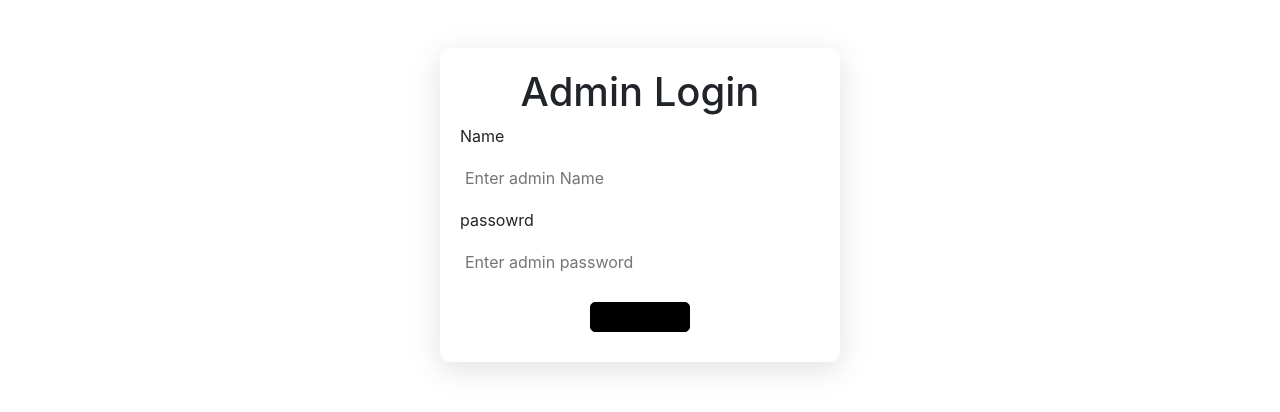
Repository: parthikjadav/parthik-react-practicle-exam
Page: /
These files come from the project's save history. The page is drawn as it stood at one moment and after a run of saves; the edit follows.
The browser window is 1280 px wide. The pictures show the whole page.
The project was rebuilt for these pictures with package versions that can differ from the ones it lists, and the page was loaded fresh each time. Requests to the local data server were answered from the project's data file. Also part of the build but not shown: src/App.css, src/componet/page/Reservationform.jsx, src/componet/page/Reservationlist.jsx, src/componet/header/navdata.js, src/componet/header/Navbar.jsx.

Above is the page before, as saved 2024-05-16 10:47:19.

### public/index.html
<!DOCTYPE html>
<html lang="en">
  <head>
    <meta charset="utf-8" />
    <link rel="icon" href="%PUBLIC_URL%/favicon.ico" />
    <meta name="viewport" content="width=device-width, initial-scale=1" />
    <meta name="theme-color" content="#000000" />
    <meta
      name="description"
      content="Web site created using create-react-app"
    />
    <link rel="apple-touch-icon" href="%PUBLIC_URL%/logo192.png" />
    <link href="https://cdn.jsdelivr.net/npm/bootstrap@5.0.2/dist/css/bootstrap.min.css" rel="stylesheet" integrity="sha384-EVSTQN3/azprG1Anm3QDgpJLIm9Nao0Yz1ztcQTwFspd3yD65VohhpuuCOmLASjC" crossorigin="anonymous">
    <!--
      manifest.json provides metadata used when your web app is installed on a
      user's mobile device or desktop. See https://developers.google.com/web/fundamentals/web-app-manifest/
    -->
    <link rel="manifest" href="%PUBLIC_URL%/manifest.json" />
    <script src="https://cdn.jsdelivr.net/npm/bootstrap@5.0.2/dist/js/bootstrap.bundle.min.js" integrity="sha384-MrcW6ZMFYlzcLA8Nl+NtUVF0sA7MsXsP1UyJoMp4YLEuNSfAP+JcXn/tWtIaxVXM" crossorigin="anonymous"></script>
    <!--
      Notice the use of %PUBLIC_URL% in the tags above.
      It will be replaced with the URL of the `public` folder during the build.
      Only files inside the `public` folder can be referenced from the HTML.

      Unlike "/favicon.ico" or "favicon.ico", "%PUBLIC_URL%/favicon.ico" will
      work correctly both with client-side routing and a non-root public URL.
      Learn how to configure a non-root public URL by running `npm run build`.
    -->
    <title>React App</title>
  </head>
  <body>
    <noscript>You need to enable JavaScript to run this app.</noscript>
    <div id="root"></div>
    <!--
      This HTML file is a template.
      If you open it directly in the browser, you will see an empty page.

      You can add webfonts, meta tags, or analytics to this file.
      The build step will place the bundled scripts into the <body> tag.

      To begin the development, run `npm start` or `yarn start`.
      To create a production bundle, use `npm run build` or `yarn build`.
    -->
  </body>
</html>

### src/index.js
import React from 'react';
import ReactDOM from 'react-dom/client';
import './index.css';
import App from './App';
import { BrowserRouter } from 'react-router-dom';
import { Provider } from 'react-redux';
import store from './componet/redux-saga/store';


const root = ReactDOM.createRoot(document.getElementById('root'));
root.render(
  <BrowserRouter>
    <React.StrictMode>
      <Provider store={store}>
      <App />
      </Provider>
    </React.StrictMode>
  </BrowserRouter>

);

### src/App.js
import { Route, Routes } from 'react-router-dom';
import './App.css';
import Adminlogin from './componet/page/Adminlogin';
import Reservationfrom from './componet/page/Reservationform';
import Reservationlist from './componet/page/Reservationlist';
import Navbar from './componet/header/Navbar';
import { useEffect } from 'react';
import { useDispatch } from 'react-redux';
import { GET_ROOM_PENDING } from './componet/redux-saga/room/action';
import { base_url, get_url } from './url';

const getRole = () => {
  const role = localStorage.getItem("role");
  return role;
};


function App() {

  const role = getRole();
  let dispatch = useDispatch();

  useEffect(() => {
    let url = base_url + get_url;
    dispatch({ type: GET_ROOM_PENDING, payload: url })
  })


  if (!role || role === "") {
    return (
      <Routes>
        <Route path="/" element={<Adminlogin />} />
      </Routes>
    );
  }

  if (role === "admin") {
    return (
      <>
        <Navbar />
        <Routes>
          <Route path="/reservation" element={<Reservationfrom />} />
          <Route path="/ReservationList" element={<Reservationlist />} />
        </Routes>
      </>
    );
  }



}

export default App;

### src/componet/redux-saga/store.js
import { applyMiddleware, createStore } from "redux";
import createSagaMiddleware from "redux-saga";
import { composeWithDevTools } from "@redux-devtools/extension";
import rootReducers from "./rootreducer";
import rootSaga from "./saga";



let sagaMiddleware = createSagaMiddleware();
const store = createStore(
    rootReducers,
    composeWithDevTools(applyMiddleware(sagaMiddleware))
);

sagaMiddleware.run(rootSaga)

export default store

### src/componet/page/Adminlogin.jsx
import React, { useRef } from 'react'
import "./AdminLogin.css"

const Adminlogin = () => {
    let name = useRef();
    let passowrd = useRef();

    const logindata = async () => {
        let data = {
            name: name.current.value,
            password: passowrd.current.value
        }
        console.log(data);
        if ("jignesh" == data.name && "3315" == data.password) {
            localStorage.setItem("role", "admin");
            window.location.href = "/reservation"
            console.log("login successfull");
            alert("login successfull")
        } else {
            alert("Error")
        }
    }
    return (
        <>
            <div class="mx-auto m-5 form" style={{ width: "400px" }}>
                <h1>Admin Login </h1>
                <label>Name  </label>
                <input type="text" placeholder='Enter admin Name' ref={name} />
                <label>passowrd </label>
                <input type="password" placeholder='Enter admin password' ref={passowrd} />
                <button onClick={logindata}>submit</button>
            </div>
        </>

    )
}

export default Adminlogin

### src/componet/redux-saga/room/action.js
//get action
export const GET_ROOM_PENDING = "GET_ROOM_PENDING";
export const GET_ROOM_SUCCESS = "GET_ROOM_SUCCESS";
export const GET_ROOM_ERROR = "GET_ROOM_ERROR";

//post action
export const POST_ROOM_PENDING = "POST_ROOM_PENDING";
export const POST_ROOM_SUCCESS = "POST_ROOM_SUCCESS";
export const POST_ROOM_ERROR = "POST_ROOM_ERROR";

//DELETE action
export const DELETE_ROOM_PENDING = "DELETE_ROOM_PENDING";
export const DELETE_ROOM_SUCCESS = "DELETE_ROOM_SUCCESS";
export const DELETE_ROOM_ERROR = "DELETE_ROOM_ERROR";

//UPDATA action
export const UPDATA_ROOM_PENDING = "UPDATA_ROOM_PENDING";
export const UPDATA_ROOM_SUCCESS = "UPDATA_ROOM_SUCCESS";
export const UPDATA_ROOM_ERROR = "UPDATA_ROOM_ERROR";

### src/url.js
export const base_url = "http://localhost:5000";

export const post_url = "/room";

export const get_url = "/room"

export const delete_url = "/room/"

export const updata_url = "/room/"

### src/componet/redux-saga/rootreducer.js
import { combineReducers } from "redux";
import roomReducer from "./room/reducer";


let rootReducers = combineReducers({
    roomReducer,
});

export default  rootReducers;

### src/componet/redux-saga/saga/index.js
import { all, call, put, takeLatest } from "redux-saga/effects";
import { DELETE_ROOM_ERROR, DELETE_ROOM_PENDING, DELETE_ROOM_SUCCESS, GET_ROOM_ERROR, GET_ROOM_PENDING, GET_ROOM_SUCCESS, POST_ROOM_ERROR, POST_ROOM_PENDING, POST_ROOM_SUCCESS, UPDATA_ROOM_ERROR, UPDATA_ROOM_PENDING, UPDATA_ROOM_SUCCESS } from "../room/action";
import { delete_room, get_room, post_room, updata_room } from "../room/api";

function* handle_post_room(action) {
    // console.log(action, "action from handle post room");
    try {
        let { data, status } = yield call(post_room, action);
        // console.log(data, status, "data and status from handle post room");
        if (status == 201 || status == 200) {
            yield put({ type: POST_ROOM_SUCCESS, data });
        } else {
            yield put({ type: POST_ROOM_ERROR, data });
        }
    }
    catch (error) {
        yield put({ type: POST_ROOM_ERROR, data: error })
    }
}

function* handle_get_room(action) {
    // console.log(action, "action from handle get room");
    try {
        let { data, status } = yield call(get_room, action);
        // console.log(data, status, "data and status from handle get room");
        if (status == 200) {
            yield put({ type: GET_ROOM_SUCCESS, data });
        }
        else {
            yield put({ type: GET_ROOM_ERROR, data });
        }
    }
    catch (error) {
        yield put({ type: GET_ROOM_ERROR, data: error });
    }
}

function* handle_delete_room(action) {
    // console.log(action, "action from handle delete room");
    try {
        let { data, status } = yield call(delete_room, action);
        // console.log(data, status, "data and status from handle delete room");
        if (status == 200) {
            yield put({ type: DELETE_ROOM_SUCCESS, data });
        } else {
            yield put({ type: DELETE_ROOM_ERROR, data });
        }
    }
    catch (error) {
        yield put({ type: DELETE_ROOM_ERROR, daat: error })
    }
}

function* handle_updata_room(action) {
    console.log(action, "action from handle updata room");
    try {
        let { data, status } = yield call(updata_room, action);
        console.log(data, status, "data and status from handle updata room");
        if (status == 200) {
            yield put({ type: UPDATA_ROOM_SUCCESS, data });
        }
        else {
            yield put({ type: UPDATA_ROOM_ERROR, data });
        }
    }
    catch (error) {
        yield put({ type: UPDATA_ROOM_ERROR, data: error })
    }
}

function* handle_post_room_saga() {
    yield takeLatest(POST_ROOM_PENDING, handle_post_room)
}

function* handle_get_room_saga() {
    yield takeLatest(GET_ROOM_PENDING, handle_get_room)
}

function* handle_delete_room_saga() {
    yield takeLatest(DELETE_ROOM_PENDING, handle_delete_room)
}

function* handle_updata_room_saga() {
    yield takeLatest(UPDATA_ROOM_PENDING, handle_updata_room)
}

function* rootSaga() {
    yield all([handle_post_room_saga(), handle_get_room_saga(), handle_delete_room_saga() , handle_updata_room_saga()])
}

export default rootSaga

### src/componet/page/AdminLogin.css
.form{
  width: 200px;
  padding: 20px;
  /* margin: 0px auto; */
  display: flex;
  flex-direction: column;
  justify-content: center;
  align-items: center;
  border-radius: 10px;
  box-shadow: rgba(100, 100, 111, 0.2) 0px 7px 29px 0px;
}
.form input{
  width: 100%;
  height: 40px;
  margin: 10px 0px;
  background-color: white;
  border: 0px solid black;
  border-radius: 5px;
  padding: 5px;
}
.form label{
  margin-right: auto;
}
.form button{
  width: 100px;
  height: 30px;
  margin: 10px 0px;
  border: 1px solid black;
  border-radius: 5px;
  background-color: black;
  co
  padding: 5px;
}

### src/componet/redux-saga/room/reducer.js
import { DELETE_ROOM_ERROR, DELETE_ROOM_PENDING, DELETE_ROOM_SUCCESS, GET_ROOM_ERROR, GET_ROOM_PENDING, GET_ROOM_SUCCESS, POST_ROOM_PENDING, POST_ROOM_SUCCESS, UPDATA_ROOM_ERROR, UPDATA_ROOM_PENDING, UPDATA_ROOM_SUCCESS } from "./action";


let initialState = {
    room: [],
    isLoading: false,
    isError: null,
};

let roomReducer = (state = initialState, action) => {
    console.log(action, "action from reducer");
    switch (action.type) {
        //post user
        case POST_ROOM_PENDING: {
            return {
                isLoading: true,
                ...state,
            }
        }
        case POST_ROOM_SUCCESS: {
            return {
                isLoading: false,
                room: state.room.concat(action.data),
            }
        }
        case POST_ROOM_SUCCESS: {
            return {
                isError: action.data,
                ...state,
            }
        }
        //get user
        case GET_ROOM_PENDING: {
            return {
                isLoading: true,
                ...state,
            }
        }
        case GET_ROOM_SUCCESS: {
            return {
                isLoading: false,
                room: action.data,
            }
        }
        case GET_ROOM_ERROR: {
            return {
                ...state,
                isError: action.data,
            }
        }
        //delete user
        case DELETE_ROOM_PENDING: {
            return {
                isLoading: true,
                ...state,
            }
        }
        case DELETE_ROOM_SUCCESS: {
            return {
                isLoading: false,
                room: state.room.filter((item) => item.id != action.data.id)
            }
        }
        case DELETE_ROOM_ERROR: {
            return {
                isLoading: false,
                isError: action.data,
            }
        }
        //update user
        case UPDATA_ROOM_PENDING: {
            return {
                isLoading: true,
                ...state,
            }
        }
        case UPDATA_ROOM_SUCCESS: {
            return {
                isLoading: false,
                room: state.room.map((value, index) => {
                    if (value.id == action.data.id) {
                        return {
                            ...value,
                            ...action.data,
                        }
                    } else {
                        return value;
                    }
                })
            }
        }
        case UPDATA_ROOM_ERROR: {
            return {
                isError: action.data,
                ...state,
            }
        }
        default: {
            return {
                ...state,
            }
        }
    }
}

export default roomReducer

### src/componet/redux-saga/room/api.js
import axios from "axios";
import { base_url, delete_url, get_url, post_url, updata_url } from "../../../url";


let post_room = (action) => {
    // console.log(action ,"this action from post room");
    return axios.post(base_url + post_url, action.payload).then((res) => {
        // console.log(res,"res is post room");
        let data = res.data;
        let status = res.status;
        return { data, status }
    })
}

let get_room = (action) => {
    // console.log(action, "this action from get rom");
    return axios.get(base_url + get_url).then((res) => {
        // console.log(res, "res is get rom");
        let data = res.data;
        let status = res.status;
        return { data, status }
    })
}

let delete_room = (action) => {
    // console.log(action, "this action from delete room");
    return axios.delete(base_url + delete_url + action.payload).then((res) => {
        // console.log(res, "res is delete room");
        let data = res.data;
        let status = res.status;
        return { data, status };
    })
}

let updata_room = (action) => {
    console.log(action, "this action from updata room");
    return axios.put(base_url + updata_url + action.payload.id, action.payload).then((res) => {
        console.log(res, "res is updata room");
        let data = res.data;
        let status = res.status;
        return { data, status }
    })
}

export { post_room, get_room, delete_room, updata_room }

### db.json
{
  "room": [
    {
      "id": "8675",
      "name": "jignesh",
      "mobile": "1235467892",
      "address": "kamrej surat",
      "arrival": "2024-05-10",
      "checkout": "2024-05-14",
      "roomlist": "platinum",
      "roomtype": "double bedroom",
      "lunchtime": "breakfast and lunch"
    },
    {
      "id": "50ac",
      "name": "test",
      "mobile": "9876543214",
      "address": "surat",
      "arrival": "2024-05-02",
      "checkout": "2024-05-12",
      "roomlist": "prime",
      "roomtype": "double bedroom",
      "lunchtime": "breakfast and lunch"
    },
    {
      "id": "c1a8",
      "name": "abcd",
      "mobile": "7539684216",
      "address": "surat",
      "arrival": "2024-05-05",
      "checkout": "2024-05-07",
      "roomlist": "platinum",
      "roomtype": "single bedroom",
      "lunchtime": "breakfast"
    }
  ]
}

Loaded but not shown: src/index.css (common file)

After the next 2 saves:
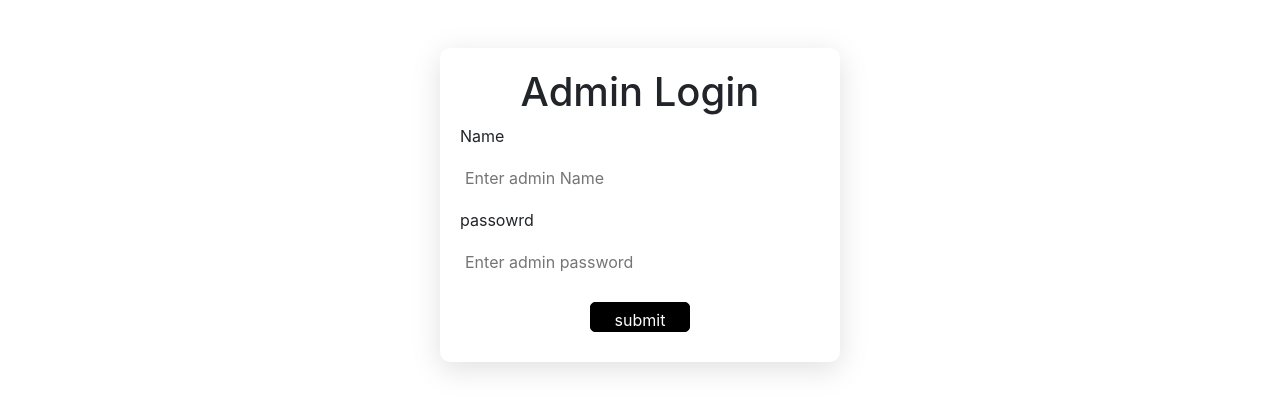
The 2 saves are shown as one change because they came seconds apart.
The last was saved 8 s later.
--- a/src/componet/page/AdminLogin.css
+++ b/src/componet/page/AdminLogin.css
@@ -28,6 +28,7 @@
   border: 1px solid black;
   border-radius: 5px;
   background-color: black;
-  co
+  color: white;
+
   padding: 5px;
 }
